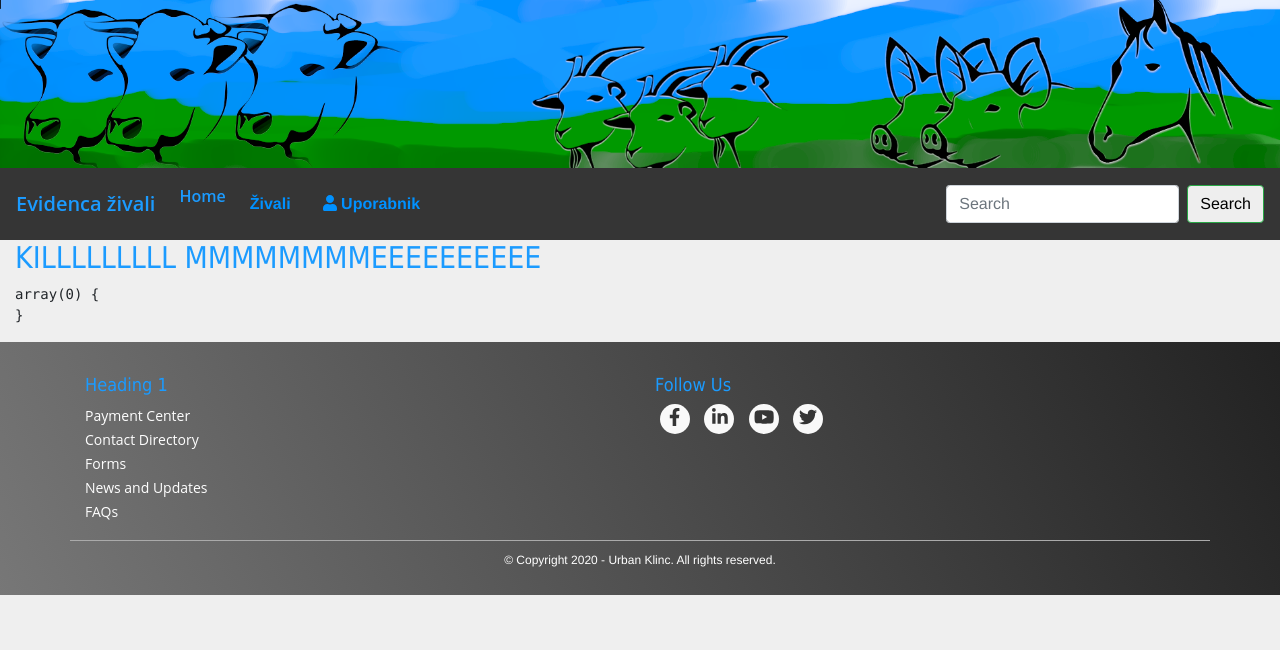
Repository: UrbyK/evidenca
Page: http://localhost/
The author's editor kept a copy of each file at every save. The page is drawn from the files as they stood at one save, then again after the next save.
The browser window is 1280 px wide. The pictures show the whole page.
Some web fonts or font styles are not loaded; a fallback is used. Some web libraries are served in a nearby version. The page is run by PHP 8.4 with error messages shown; the project is at /var/www/html/.

Above is the page before, as saved 2020-06-07 15:48:21.

After the next save:
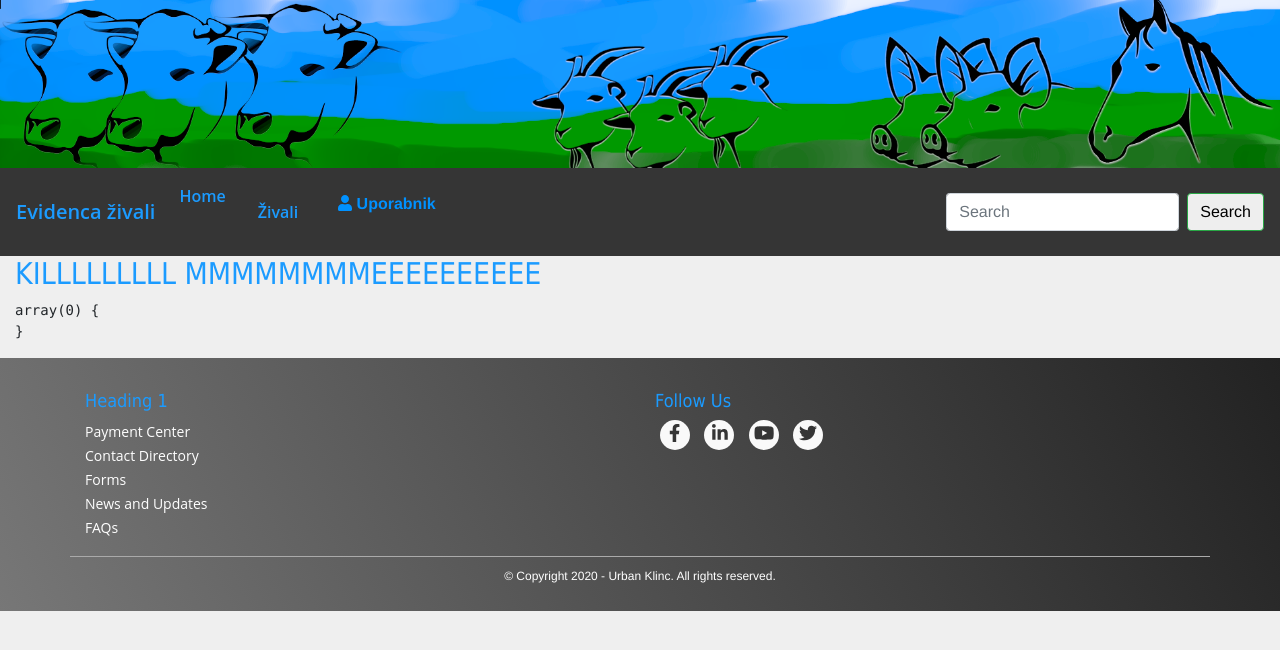
Saved 83 s later.
--- a/header.php
+++ b/header.php
@@ -58,7 +58,7 @@
 
                     <li class="nav-item">
                         <div class="dropdown">
-                            <button class="dropbtn">Živali</button>
+                            <button class="dropbtn"><a class="nav-link" href="./index.php?page=animals">Živali</a></button>
                             <div class="dropdown-content">
                                 <a href="#">Govedo</a>
                                 <a href="#">Koze</a>

After the save that followed:
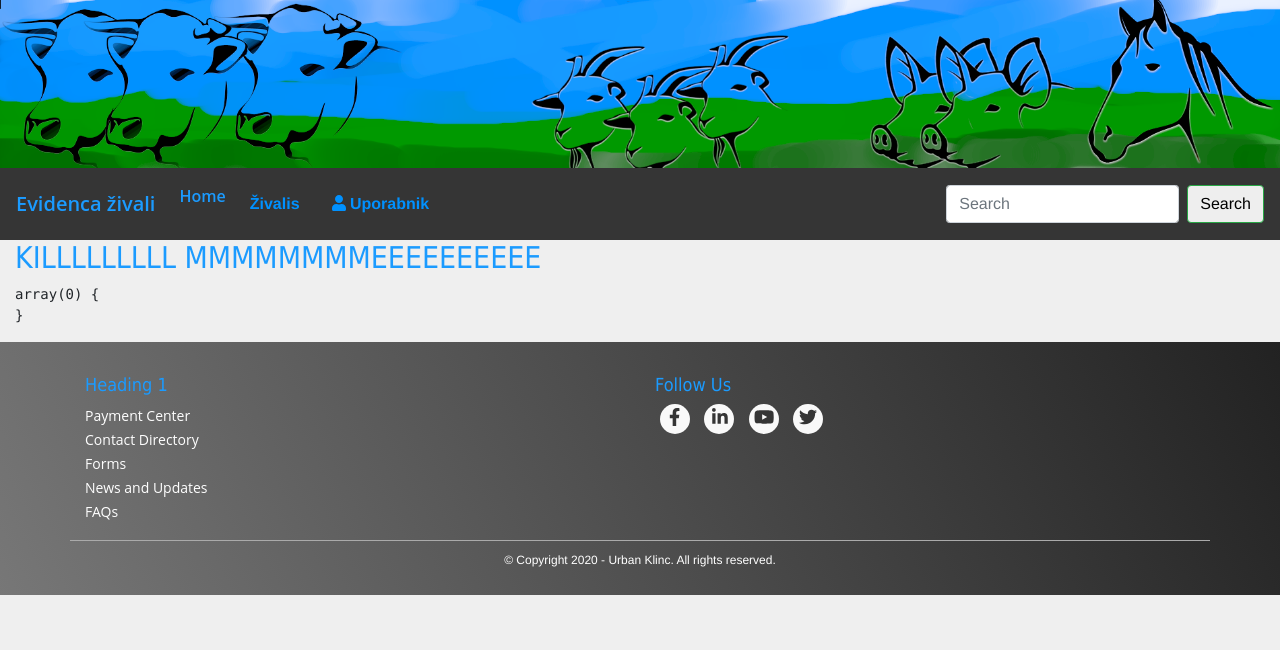
Saved 48 s later.
--- a/header.php
+++ b/header.php
@@ -58,8 +58,9 @@
 
                     <li class="nav-item">
                         <div class="dropdown">
-                            <button class="dropbtn"><a class="nav-link" href="./index.php?page=animals">Živali</a></button>
+                            <button class="dropbtn">Živalis</button>
                             <div class="dropdown-content">
+                                <a class="nav-link" href="./index.php?page=animals">Vse živali</a>
                                 <a href="#">Govedo</a>
                                 <a href="#">Koze</a>
                                 <a href="#">Ovce</a>
